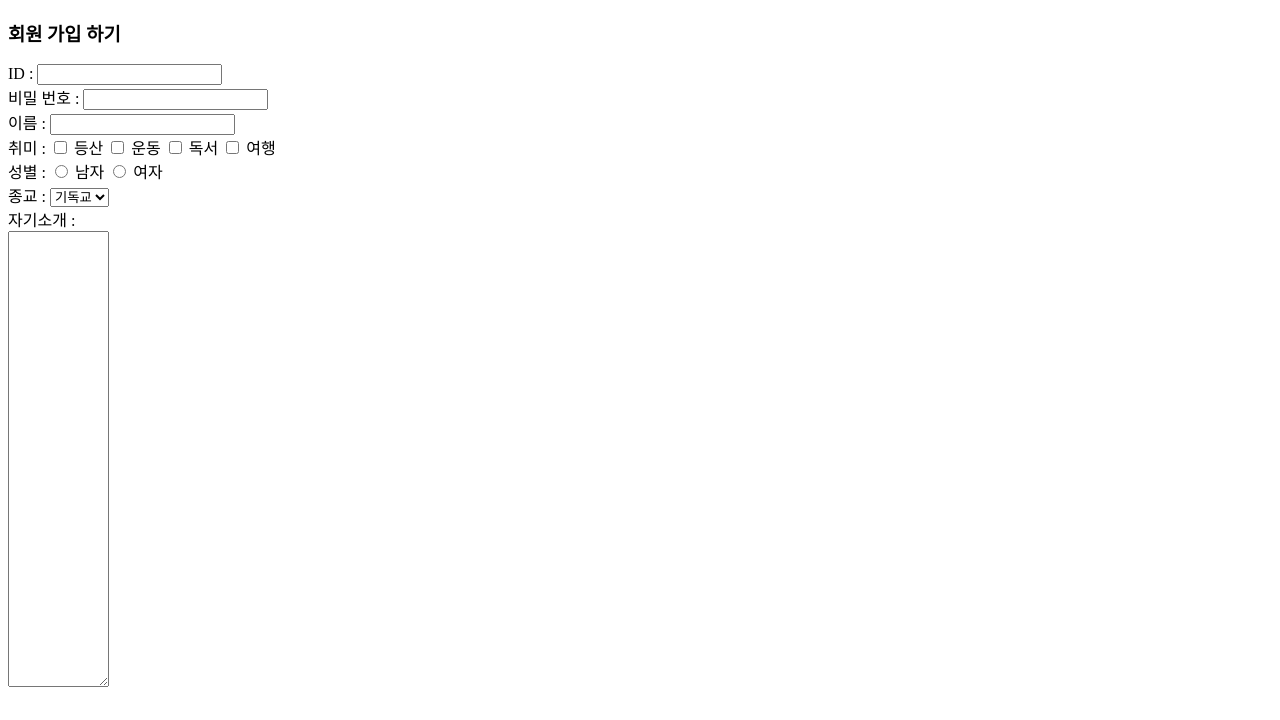
Repository: parkhayoung615/SchoolWebJSP_3
Page: http://localhost/220316/
An editor plug-in stored every save of this project. The page is shown before and after the next save, followed by the edit.
The browser window is 1280 px wide. The pictures show the whole page.
The page is served by Tomcat 9.

Above is the page before, as saved 2022-03-16 00:47:14.

### 220316/220316/WebContent/index.jsp
<%@ page language="java" contentType="text/html; charset=UTF-8"
	pageEncoding="UTF-8"%>
<!DOCTYPE html>
<html>
<head>
<meta charset="UTF-8">
<title>Insert title here</title>
</head>
<body>
	<h3>회원 가입 하기</h3>
	<form action="/Test01/member" method="get">
		ID : <input type="text" name="id"> <br> 비밀 번호 : <input
			type="password" name="pwd"> <br> 이름 : <input type="text"
			name="name"> <br> 취미 : <input type="checkbox"
			name="hobby" value="climbing"> 등산 <input type="checkbox"
			name="hobby" value="sports"> 운동 <input type="checkbox"
			name="hobby" value="reading"> 독서 <input type="checkbox"
			name="hobby" value="traveling"> 여행 <br> 성별 : <input
			type="radio" name="gender" value="male"> 남자 <input
			type="radio" name="gender" value="female"> 여자 <br> 종교 :
		<select name="religion">
			<option value="christianity"> 기독교
			<option value="buddhism"> 불교
			<option value="catholicism"> 천주교
			<option value="atheism"> 무교
		</select> <br>
		자기소개 : <br>
		<textarea rows="30" cols="10" name="introduction"> </textarea> <br>

	</form>
</body>
</html>

After the next save:
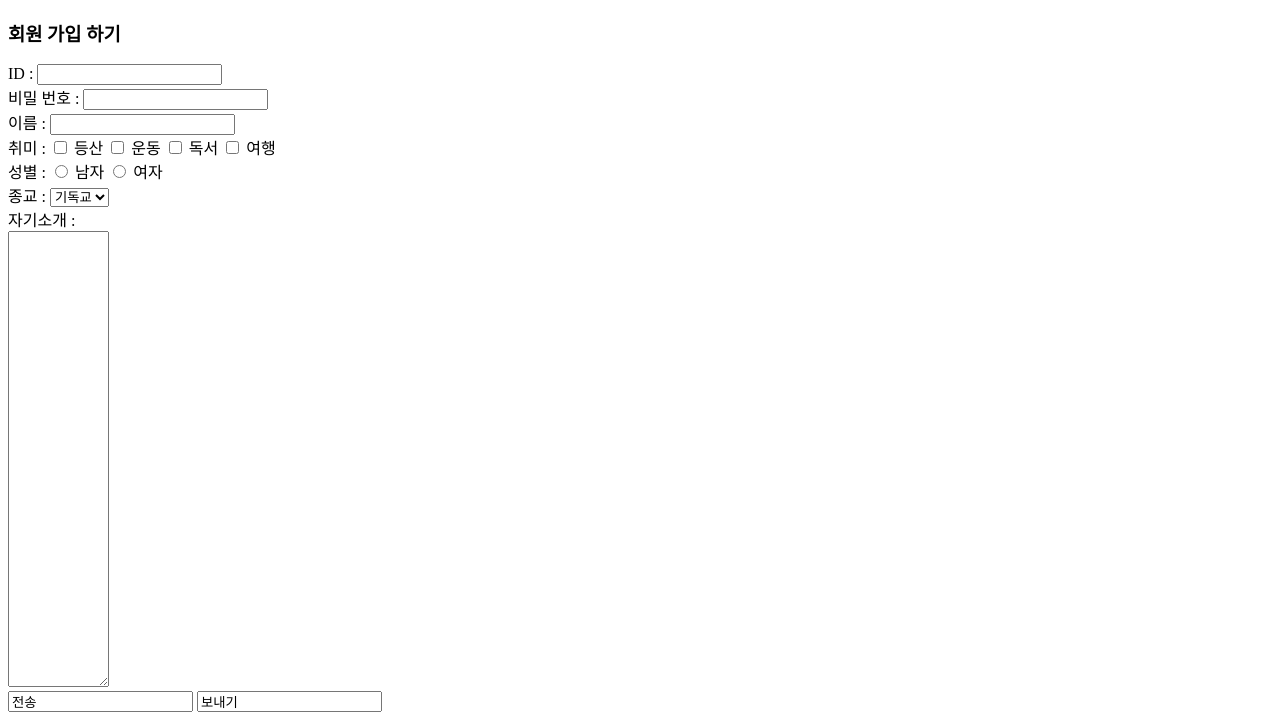
Saved 24 s later.
--- a/220316/220316/WebContent/index.jsp
+++ b/220316/220316/WebContent/index.jsp
@@ -26,7 +26,8 @@
 		</select> <br>
 		자기소개 : <br>
 		<textarea rows="30" cols="10" name="introduction"> </textarea> <br>
-
+		<input type="sumbit" value="전송">
+		<input type="sumbit" value="보내기">
 	</form>
 </body>
 </html>
